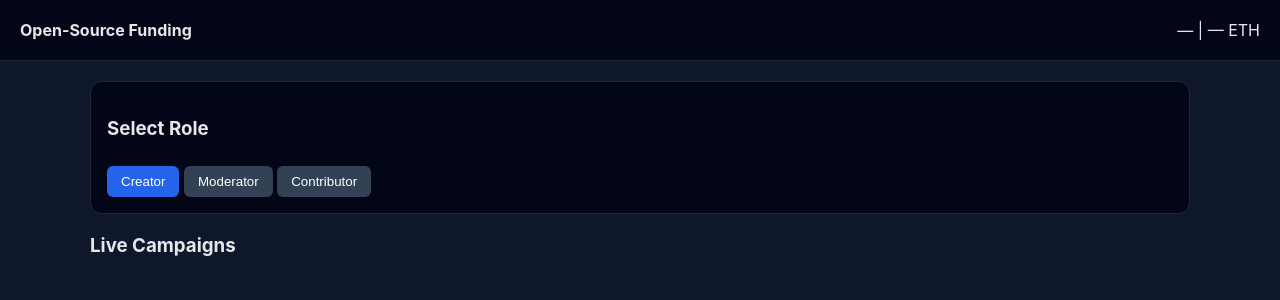
Repository: Xurmayo/Block-Chain-Final
Page: frontend/index.html
These files come from the project's save history. The page is drawn as it stood at one moment and after the next save; the edit follows.
The browser window is 1280 px wide. The pictures show the whole page.

Above is the page before, as saved 2026-02-01 15:22:17.

After the next save:
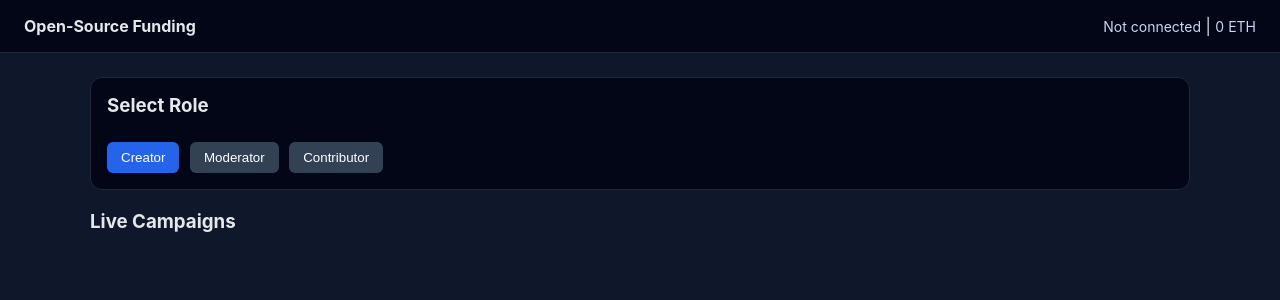
Saved 2 min 4 s later.
--- a/frontend/index.html
+++ b/frontend/index.html
@@ -3,6 +3,8 @@
 <head>
   <meta charset="UTF-8" />
   <title>Open-Source Funding DApp</title>
+
+  <!-- ethers.js -->
   <script src="https://cdn.jsdelivr.net/npm/ethers@6.10.0/dist/ethers.umd.min.js"></script>
 
   <style>
@@ -14,18 +16,27 @@
     }
 
     header {
-      padding: 20px;
       background: #020617;
+      padding: 16px 24px;
       display: flex;
       justify-content: space-between;
       align-items: center;
       border-bottom: 1px solid #1e293b;
     }
 
+    header span {
+      font-size: 14px;
+      color: #cbd5f5;
+    }
+
     .container {
       max-width: 1100px;
       margin: auto;
-      padding: 20px;
+      padding: 24px;
+    }
+
+    h2, h3 {
+      margin-top: 0;
     }
 
     .card {
@@ -36,14 +47,19 @@
       margin-bottom: 20px;
     }
 
+    .hidden {
+      display: none;
+    }
+
     button {
       background: #2563eb;
       border: none;
+      border-radius: 6px;
       padding: 8px 14px;
-      border-radius: 6px;
       color: white;
       cursor: pointer;
-      margin-top: 8px;
+      margin-right: 6px;
+      margin-top: 6px;
     }
 
     button.secondary {
@@ -82,27 +98,27 @@
 
     .badge {
       display: inline-block;
-      padding: 3px 8px;
-      border-radius: 12px;
+      padding: 3px 10px;
+      border-radius: 999px;
       font-size: 12px;
-      margin-top: 4px;
+      margin-top: 6px;
     }
 
+    .submitted { background: #64748b; }
     .active { background: #2563eb; }
     .success { background: #16a34a; }
     .failed { background: #dc2626; }
-    .pending { background: #ca8a04; }
-
-    .hidden { display: none; }
+    .rejected { background: #7c2d12; }
   </style>
 </head>
+
 <body>
 
 <header>
   <div><b>Open-Source Funding</b></div>
   <div>
-    <span id="wallet">—</span> |
-    <span id="balance">— ETH</span>
+    <span id="wallet">Not connected</span> |
+    <span id="balance">0 ETH</span>
   </div>
 </header>
 
@@ -116,37 +132,39 @@
     <button onclick="login('contributor')" class="secondary">Contributor</button>
   </div>
 
-  <!-- CREATOR -->
+  <!-- CREATOR UI -->
   <div id="creatorUI" class="card hidden">
     <h3>Submit Campaign</h3>
-    <input id="title" placeholder="Project title">
-    <input id="goal" placeholder="Goal (ETH)">
-    <input id="duration" placeholder="Duration (seconds)">
+    <input id="title" placeholder="Project title" />
+    <input id="goal" placeholder="Goal (ETH)" />
+    <input id="duration" placeholder="Duration (seconds)" />
     <button onclick="submitCampaign()">Submit</button>
   </div>
 
-  <!-- MODERATOR -->
+  <!-- MODERATOR UI -->
   <div id="moderatorUI" class="card hidden">
     <h3>Moderator Panel</h3>
-    <input id="modId" placeholder="Campaign ID">
-    <button onclick="approve()">Approve</button>
-    <button onclick="reject()" class="secondary">Reject</button>
+    <input id="moderatorCampaignId" placeholder="Campaign ID" />
+    <button onclick="approveCampaign()">Approve</button>
+    <button onclick="rejectCampaign()" class="secondary">Reject</button>
   </div>
 
-  <!-- CONTRIBUTOR -->
+  <!-- CONTRIBUTOR UI -->
   <div id="contributorUI" class="card hidden">
     <h3>Contribute</h3>
-    <input id="cid" placeholder="Campaign ID">
-    <input id="amt" placeholder="ETH amount">
+    <input id="contributeCampaignId" placeholder="Campaign ID" />
+    <input id="contributeAmount" placeholder="ETH amount" />
     <button onclick="contribute()">Contribute</button>
     <button onclick="refund()" class="secondary">Refund</button>
   </div>
 
+  <!-- CAMPAIGNS -->
   <h3>Live Campaigns</h3>
   <div id="campaigns" class="grid"></div>
 
 </div>
 
+<!-- JS -->
 <script src="app.js"></script>
 </body>
 </html>
